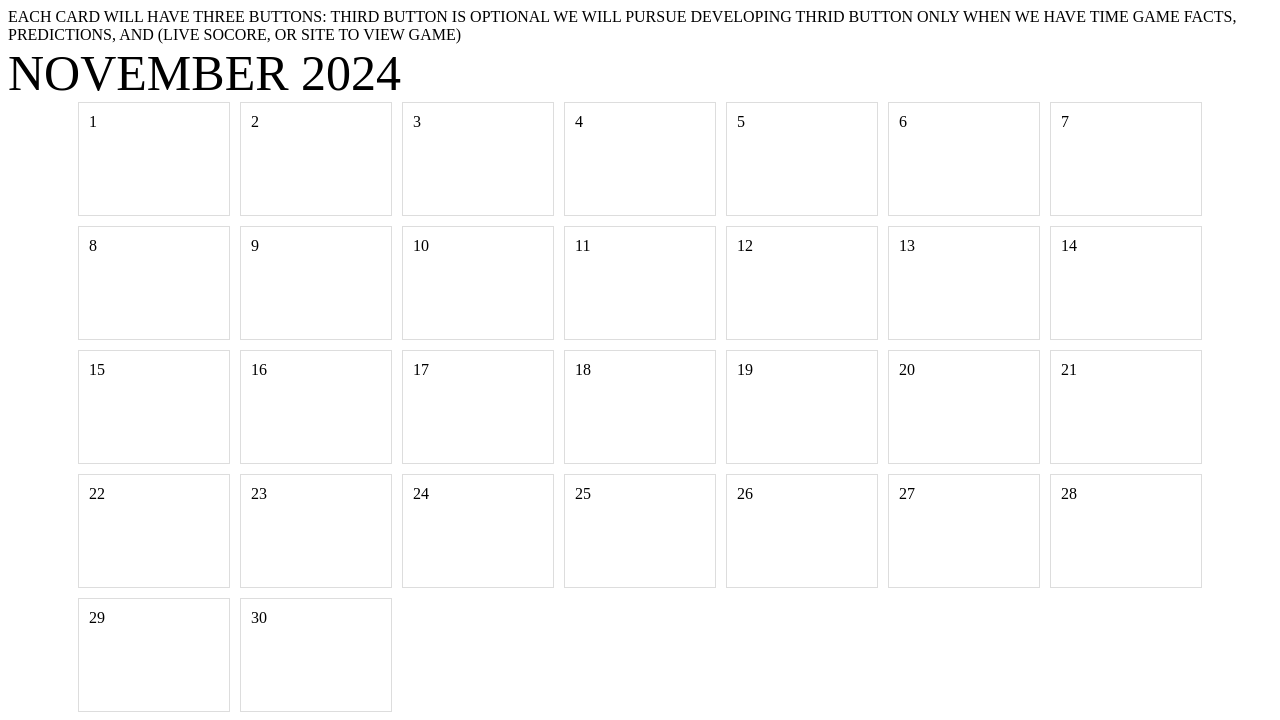
Repository: bredernd/Sports-Analytics
Page: http://localhost/CPS298_Nba/calendar
The author's editor kept a copy of each file at every save. The page is drawn from the files as they stood at one save, then again after the next save.
The browser window is 1280 px wide. The pictures show the whole page.
The page is served by Tomcat 9. Other server files are loaded and not shown.

Above is the page before, as saved 2024-11-06 19:12:24.

### NBAProj/CPS298_Nba/src/main/webapp/WEB-INF/Dispatcher-servlet.xml
<?xml version="1.0" encoding="UTF-8"?>
<beans xmlns="http://www.springframework.org/schema/beans"
	xmlns:xsi="http://www.w3.org/2001/XMLSchema-instance"
	xmlns:context="http://www.springframework.org/schema/context"
	xmlns:mvc="http://www.springframework.org/schema/mvc"
	xmlns:tx="http://www.springframework.org/schema/tx"
	xsi:schemaLocation="http://www.springframework.org/schema/mvc http://www.springframework.org/schema/mvc/spring-mvc-4.3.xsd
		http://www.springframework.org/schema/beans http://www.springframework.org/schema/beans/spring-beans.xsd
		http://www.springframework.org/schema/context http://www.springframework.org/schema/context/spring-context-4.3.xsd
		http://www.springframework.org/schema/tx http://www.springframework.org/schema/tx/spring-tx-4.3.xsd">


	<context:component-scan
		base-package="com.cps298.nba">
	</context:component-scan>
	<mvc:annotation-driven></mvc:annotation-driven>
	<mvc:resources mapping="/resources/**" location="/resources/"></mvc:resources>
	<bean id="viewResolver"
		class="org.springframework.web.servlet.view.InternalResourceViewResolver">
	<property name="prefix" value="/WEB-INF/Views/"></property>
	<property name="suffix" value=".jsp"></property>
	</bean>

<!-- 	<bean id="myDataSource" -->
<!-- 		class="com.mchange.v2.c3p0.ComboPooledDataSource"> -->
<!-- 	<property name="driverClass" value="com.mysql.cj.jdbc.Driver"></property> -->
<!-- 	<property name="user" value="hbstudent"></property> -->
<!-- 	<property name="password" value="hbstudent"></property> -->
<!-- 	<property name="jdbcUrl" -->
<!-- 		value="jdbc:mysql://localhost:3306/movies?useSSL=false"> -->
<!-- 	</property> -->
<!-- 	<property name="minPoolSize" value="5"></property> -->
<!-- 	<property name="maxPoolSize" value="30"></property> -->
<!-- 	<property name="maxIdleTime" value="30000"></property> -->
<!-- 	</bean> -->
<!-- 	<bean id="sessionFactory" -->
<!-- 		class="org.springframework.orm.hibernate5.LocalSessionFactoryBean"> -->
<!-- 	<property name="dataSource" ref="myDataSource"></property> -->
<!-- 	<property name="packagesToScan" -->
<!-- 		value="com.cps298.nba.entity"> -->
<!-- 	</property> -->
<!-- 	<property name="hibernateProperties"> -->
<!-- 	<props> -->
<!-- 	<prop key="hibernate.dialect">org.hibernate.dialect.MySQLDialect</prop> -->
<!-- 	<prop key="hibernate.show_sql">true</prop> -->
<!-- 	</props> -->
<!-- 	</property> -->
<!-- 	</bean> -->
<!-- 	<bean id="myTransactionalManager" -->
<!-- 		class="org.springframework.orm.hibernate5.HibernateTransactionManager"> -->
<!-- 	<property name="sessionFactory" ref="sessionFactory"></property> -->
<!-- 	</bean> -->
<!-- 	<tx:annotation-driven transaction-manager="myTransactionalManager" /> -->
</beans>

### NBAProj/CPS298_Nba/src/main/webapp/WEB-INF/Views/calendar.jsp
<%@ page language="java" contentType="text/html; charset=ISO-8859-1"
    pageEncoding="ISO-8859-1"%>
<!DOCTYPE html>
<html>
<head>
<meta charset="ISO-8859-1">
<title>Calendar</title>

<style>


	.container {
	display: flex;
    justify-content: center;
    align-items: center;
	}

	.calendar {
	display: grid;
	grid-template-columns: repeat(7, 1fr);
	gap: 10px;
	width: fit-content;
	height: fit-content;
	}

    .day {
    border: 1px solid #ddd;
    padding: 10px;
    width: 130px;
    height: 92px;
    }

    .calTitle{
    align-text: center;
    font-size: 50px;
    width: 100%;
    height: fit-content;
    }
</style>
</head>
<body>


EACH CARD WILL HAVE THREE BUTTONS: THIRD BUTTON IS OPTIONAL
WE WILL PURSUE DEVELOPING THRID BUTTON ONLY WHEN WE HAVE TIME
GAME FACTS, PREDICTIONS, AND (LIVE SOCORE, OR SITE TO VIEW GAME)<br>

	<label for="calCont" class="calTitle">${month} ${year}</label>
	<div class="container" value="calCont">
    	<div class="calendar">
        	${calendarHtml}
    	</div>
    </div>


</body>
</html>

### NBAProj/CPS298_Nba/src/main/java/com/cps298/nba/controller/MainController.java
package com.cps298.nba.controller;

import java.time.LocalDate;

import org.springframework.beans.factory.annotation.Autowired;
import org.springframework.stereotype.Controller;
import org.springframework.ui.Model;
import org.springframework.web.bind.annotation.RequestMapping;

import com.cps298.nba.service.CalendarService;

@Controller
public class MainController {

    @Autowired
    private CalendarService calendarService;

	@RequestMapping("/")
	public String home() {
		return "home";
	}

	@RequestMapping("/calendar")
	public String calendar(Model model) {
        LocalDate now = LocalDate.now();
        int year = now.getYear();
        int month = now.getMonthValue();

        // Use the service to generate the HTML
        String calendarHtml = calendarService.generateCalendarHtml(year, month);

        model.addAttribute("calendarHtml", calendarHtml);
        model.addAttribute("month", now.getMonth());
        model.addAttribute("year", year);

		return "calendar";
	}

	@RequestMapping("/news")
	public String news() {
		return "news";
	}

	@RequestMapping("/gameFacts")
	public String gameFacts() {
		return "gameFacts";
	}

	@RequestMapping("/predictions")
	public String predictions() {
		return "predictions";
	}
}

### NBAProj/CPS298_Nba/src/main/java/com/cps298/nba/service/CalendarService.java
package com.cps298.nba.service;

import java.time.LocalDate;
import java.time.YearMonth;

import org.springframework.stereotype.Service;

@Service
public class CalendarService {

    public String generateCalendarHtml(int year, int month) {
        StringBuilder calendarHtml = new StringBuilder();
        YearMonth yearMonth = YearMonth.of(year, month);

        for (int day = 1; day <= yearMonth.lengthOfMonth(); day++) {
            calendarHtml.append("<div class='day'>").append(day).append("</div>");
        }

        return calendarHtml.toString();
    }

}

After the next save:
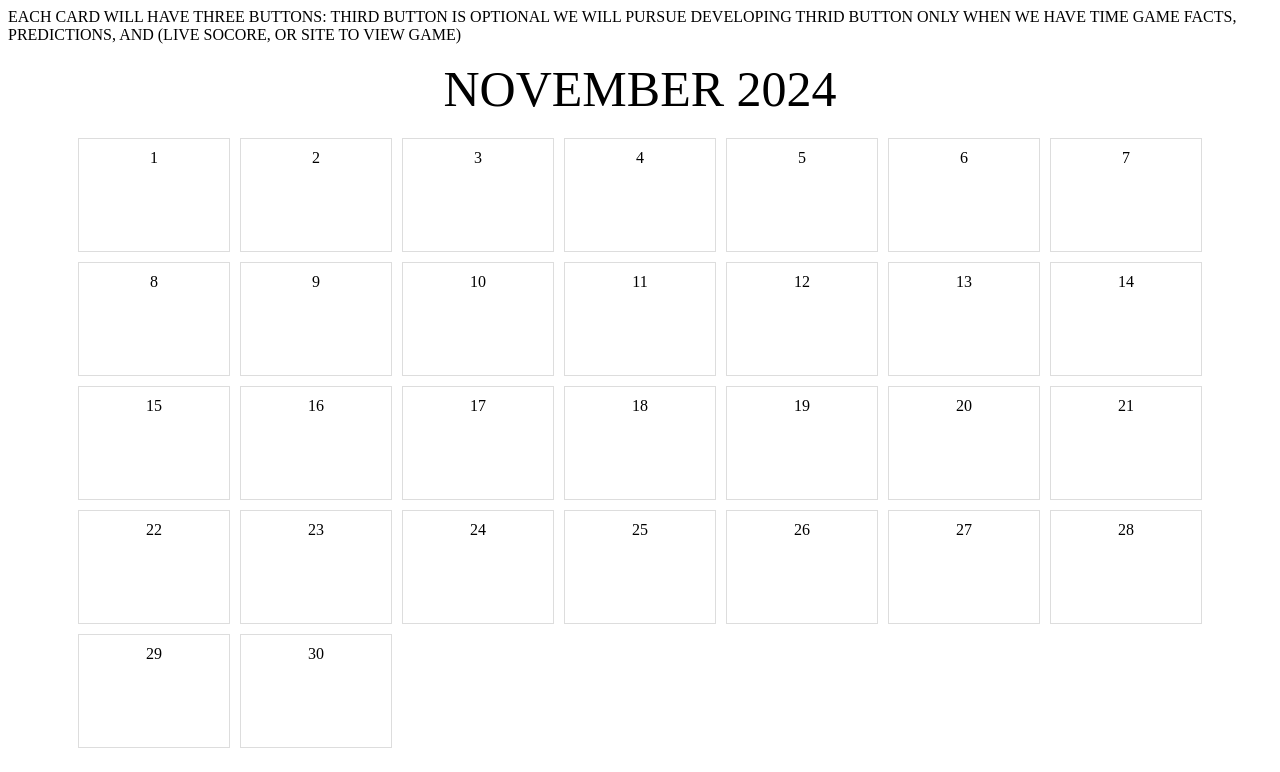
Saved 4 min 6 s later.
--- a/NBAProj/CPS298_Nba/src/main/webapp/WEB-INF/Views/calendar.jsp
+++ b/NBAProj/CPS298_Nba/src/main/webapp/WEB-INF/Views/calendar.jsp
@@ -8,33 +8,32 @@
 
 <style>
 
-
-	.container {
-	display: flex;
-    justify-content: center;
-    align-items: center;
-	}
-
-	.calendar {
-	display: grid;
-	grid-template-columns: repeat(7, 1fr);
-	gap: 10px;
-	width: fit-content;
-	height: fit-content;
-	}
-
-    .day {
-    border: 1px solid #ddd;
-    padding: 10px;
-    width: 130px;
-    height: 92px;
+    .wrapper {
+        display: flex;
+        flex-direction: column;
+        align-items: center;
+        min-height: 100vh;
+        justify-content: center;
     }
 
-    .calTitle{
-    align-text: center;
-    font-size: 50px;
-    width: 100%;
-    height: fit-content;
+    .calTitle {
+        text-align: center;
+        font-size: 50px;
+        margin-bottom: 20px; /* Space between title and calendar */
+        width: 100%;
+    }
+    .calendar {
+        display: grid;
+        grid-template-columns: repeat(7, 1fr);
+        gap: 10px;
+        width: fit-content;
+    }
+    .day {
+        border: 1px solid #ddd;
+        padding: 10px;
+        width: 130px;
+        height: 92px;
+        text-align: center;
     }
 </style>
 </head>
@@ -45,11 +44,11 @@ EACH CARD WILL HAVE THREE BUTTONS: THIRD BUTTON IS OPTIONAL
 WE WILL PURSUE DEVELOPING THRID BUTTON ONLY WHEN WE HAVE TIME
 GAME FACTS, PREDICTIONS, AND (LIVE SOCORE, OR SITE TO VIEW GAME)<br>
 
-	<label for="calCont" class="calTitle">${month} ${year}</label>
-	<div class="container" value="calCont">
-    	<div class="calendar">
-        	${calendarHtml}
-    	</div>
+    <div class="wrapper">
+        <div class="calTitle">${month} ${year}</div>
+        <div class="calendar">
+            ${calendarHtml}
+        </div>
     </div>
 
 
